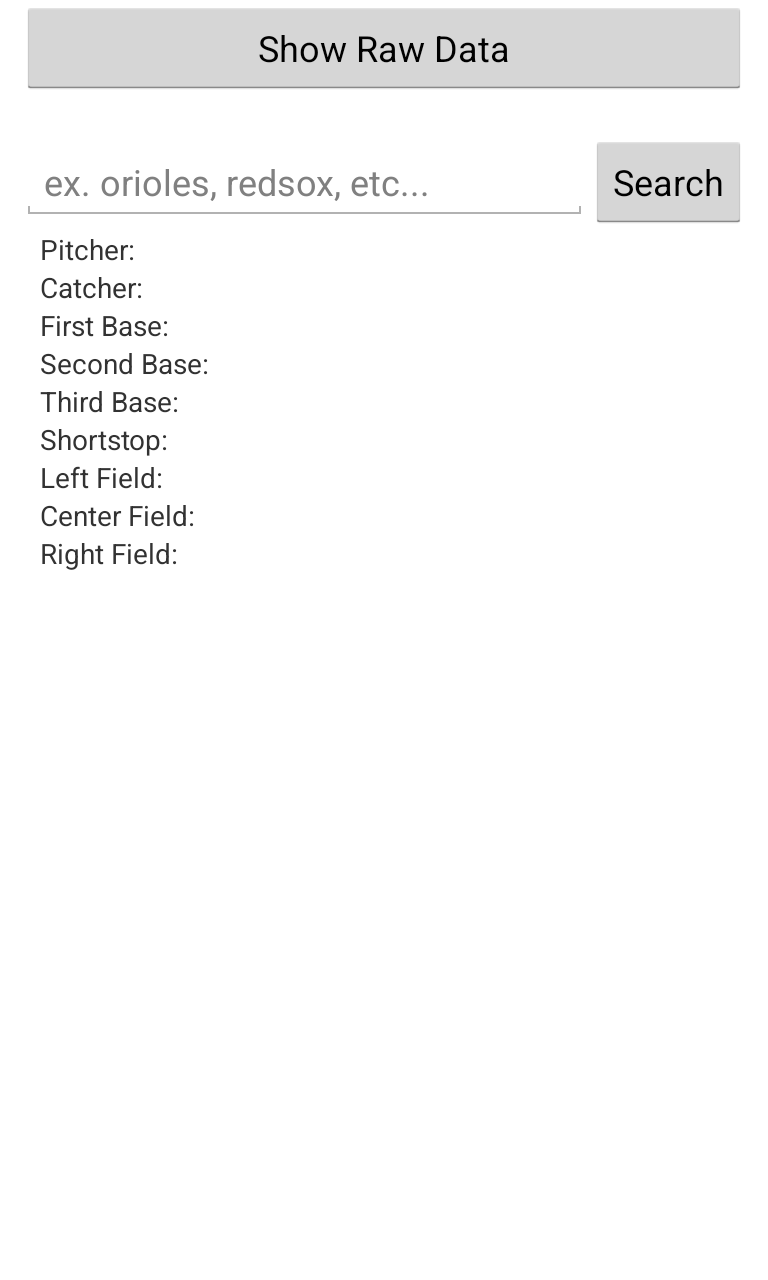
Repository: jemcphe/java1
Layout: teamG.M./TeamGM/res/layout/applayout.xml
These files come from the project's save history. The layout is drawn as it stood at one moment and after the next save; the edit follows.
It is drawn on a 768 x 1280 px phone screen (xhdpi) without system bars, with theme AppTheme; the app's code is not run.

Above is the layout before, as saved 2013-05-27 05:34:29.

### teamG.M./TeamGM/res/layout/applayout.xml
<?xml version="1.0" encoding="utf-8"?>
<LinearLayout xmlns:android="http://schemas.android.com/apk/res/android"
    android:layout_width="fill_parent"
    android:layout_height="fill_parent"
    android:orientation="vertical"
    android:paddingLeft="10dp"
    android:paddingRight="10dp" >

    <LinearLayout
        android:id="@+id/historyLayout"
        android:layout_width="match_parent"
        android:layout_height="wrap_content"
        android:orientation="vertical" >

        <Button
            android:id="@+id/dataButton"
            android:layout_width="match_parent"
            android:layout_height="wrap_content"
            android:text="@string/show_raw_data" />

        <TextView
            android:id="@+id/historyLabel"
            android:layout_width="fill_parent"
            android:layout_height="wrap_content"
            android:textIsSelectable="false"
            android:visibility="invisible" />
    </LinearLayout>

    <LinearLayout
        android:id="@+id/searchLayout"
        android:layout_width="fill_parent"
        android:layout_height="wrap_content"
        android:orientation="horizontal" >

        <EditText
            android:id="@+id/searchField"
            android:layout_width="wrap_content"
            android:layout_height="wrap_content"
            android:layout_weight="1"
            android:hint="ex. orioles, redsox, etc..." />

        <Button
            android:id="@+id/searchButton"
            android:layout_width="wrap_content"
            android:layout_height="wrap_content"
            android:text="@string/search" />
    </LinearLayout>

    <LinearLayout
        android:id="@+id/teamDataLayout"
        android:layout_width="match_parent"
        android:layout_height="wrap_content"
        android:orientation="vertical"
        android:paddingLeft="10dp" >

        <GridLayout
            android:id="@+id/teamDisplay"
            android:layout_width="match_parent"
            android:layout_height="0dip"
            android:layout_weight="1"
            android:columnCount="2" >

            <TextView
                android:layout_width="wrap_content"
                android:layout_height="wrap_content"
                android:text="Pitcher:" />

            <TextView
                android:id="@+id/pitcherData"
                android:layout_width="wrap_content"
                android:layout_height="wrap_content" />

            <TextView
                android:layout_width="wrap_content"
                android:layout_height="wrap_content"
                android:text="Catcher:" />

            <TextView
                android:id="@+id/catcherData"
                android:layout_width="wrap_content"
                android:layout_height="wrap_content" />

            <TextView
                android:layout_width="wrap_content"
                android:layout_height="wrap_content"
                android:text="First Base:" />

            <TextView
                android:id="@+id/firstData"
                android:layout_width="wrap_content"
                android:layout_height="wrap_content" />

            <TextView
                android:layout_width="wrap_content"
                android:layout_height="wrap_content"
                android:text="Second Base:" />

            <TextView
                android:id="@+id/secondData"
                android:layout_width="wrap_content"
                android:layout_height="wrap_content" />

            <TextView
                android:layout_width="wrap_content"
                android:layout_height="wrap_content"
                android:text="Third Base:" />

            <TextView
                android:id="@+id/thirdData"
                android:layout_width="wrap_content"
                android:layout_height="wrap_content" />

            <TextView
                android:layout_width="wrap_content"
                android:layout_height="wrap_content"
                android:text="Shortstop:" />

            <TextView
                android:id="@+id/shortData"
                android:layout_width="wrap_content"
                android:layout_height="wrap_content" />

            <TextView
                android:layout_width="wrap_content"
                android:layout_height="wrap_content"
                android:text="Left Field:" />

            <TextView
                android:id="@+id/leftData"
                android:layout_width="wrap_content"
                android:layout_height="wrap_content" />

            <TextView
                android:layout_width="wrap_content"
                android:layout_height="wrap_content"
                android:text="Center Field:" />

            <TextView
                android:id="@+id/centerData"
                android:layout_width="wrap_content"
                android:layout_height="wrap_content" />

            <TextView
                android:layout_width="wrap_content"
                android:layout_height="wrap_content"
                android:text="Right Field:" />

            <TextView
                android:id="@+id/rightData"
                android:layout_width="wrap_content"
                android:layout_height="wrap_content" />
        </GridLayout>
    </LinearLayout>

</LinearLayout>

### teamG.M./TeamGM/res/values/strings.xml
<?xml version="1.0" encoding="utf-8"?>
<resources>

    <string name="app_name">Team GM</string>
    <string name="action_settings">Settings</string>
    <string name="hello_world">Hello world!</string>
    <string name="show_raw_data">Show Raw Data</string>
    <string name="search_for_a_team_to_display_and_store_data">Search For A Team To Display And Store Data</string>
    <string name="search_hint">ex. orioles, redsox, etc...</string>
    <string name="go">GO</string>
    <string name="search">Search</string>

</resources>

Loaded but not shown: teamG.M./TeamGM/res/values/styles.xml (common file); teamG.M./TeamGM/res/values-v11/styles.xml (common file); teamG.M./TeamGM/res/values-v14/styles.xml (common file)

After the next save:
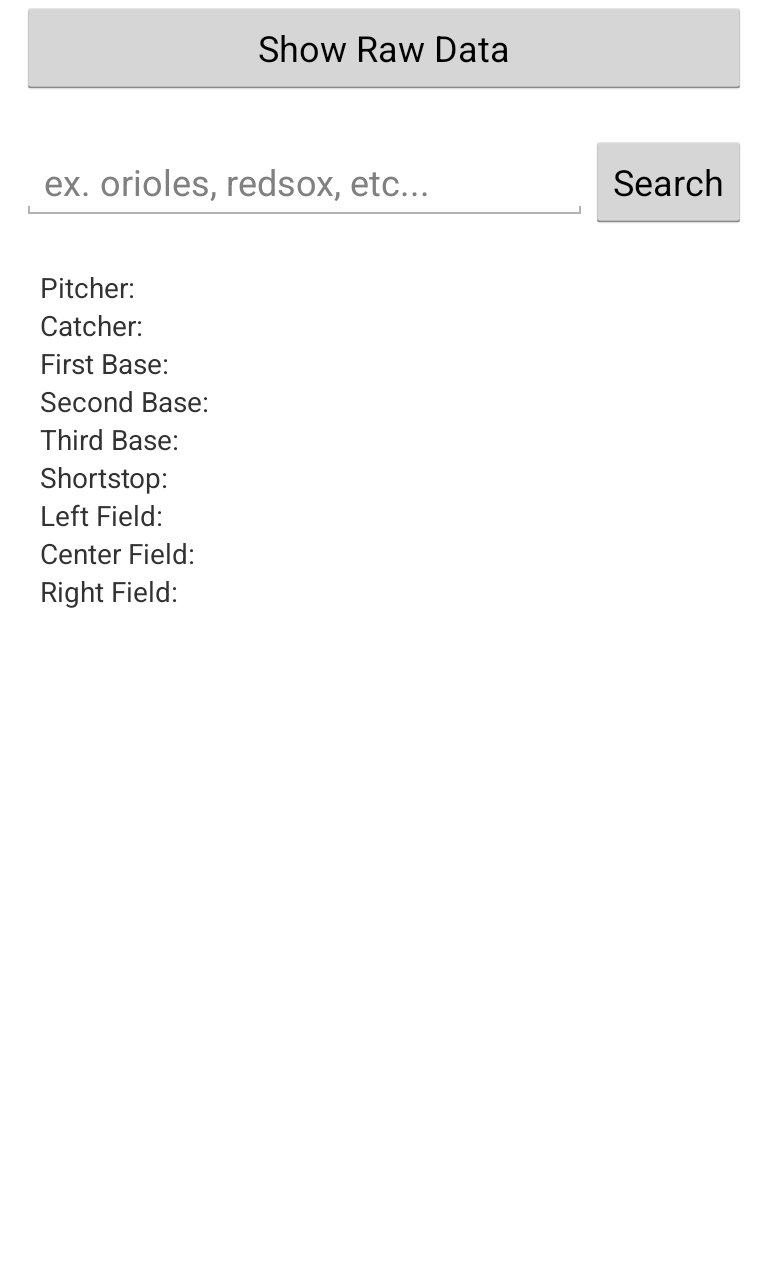
Saved 5 min 20 s later.
--- a/teamG.M./TeamGM/res/layout/applayout.xml
+++ b/teamG.M./TeamGM/res/layout/applayout.xml
@@ -52,6 +52,11 @@
         android:layout_height="wrap_content"
         android:orientation="vertical"
         android:paddingLeft="10dp" >
+
+        <TextView
+            android:id="@+id/teamNameData"
+            android:layout_width="match_parent"
+            android:layout_height="wrap_content"/>
 
         <GridLayout
             android:id="@+id/teamDisplay"
